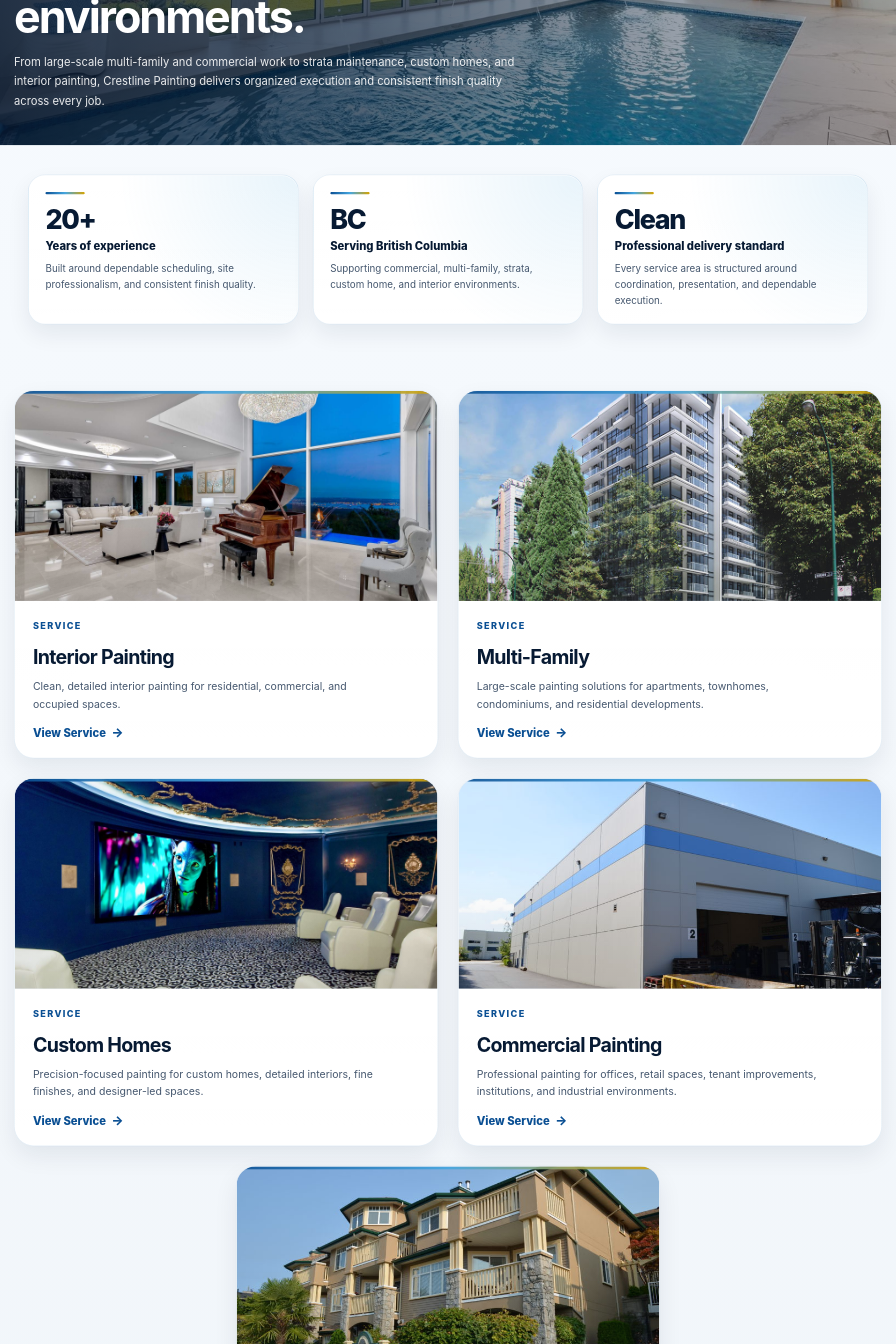
Repository: 300LBHACK3R/Crestline-Painting
Page: /services
An editor plug-in stored every save of this project. The page is shown before and after the next save, followed by the edit.
The browser window is 1280 px wide. The pictures show the part of the page from y = 458 to 2378 px (the page is 3866 px tall before and 3935 px after), at 70% of full size.
The project was rebuilt for these pictures with package versions that can differ from the ones it lists, and the page was loaded fresh each time. The framework's server and built-in components were replaced by stand-ins that run in the browser. Also part of the build but not shown: next.config.ts.

Above is the page before, as saved 2026-04-29 08:53:52.

### src/app/layout.tsx
import type { Metadata } from "next";
import "./globals.css";

export const metadata: Metadata = {
  metadataBase: new URL("https://crestlinepainting.ca"),

  title: {
    default: "Crestline Painting Ltd.",
    template: "%s | Crestline Painting Ltd.",
  },

  description:
    "Professional painting services across British Columbia for commercial, multi-family, strata, custom homes, and interior projects.",

  keywords: [
    "Painting Company BC",
    "Commercial Painting",
    "Strata Painting",
    "Custom Home Painting",
    "Interior Painting BC",
    "Exterior Painting British Columbia",
  ],

  openGraph: {
    title: "Crestline Painting Ltd.",
    description:
      "Professional painting services across British Columbia.",
    url: "https://crestlinepainting.ca",
    siteName: "Crestline Painting Ltd.",
    images: [
      {
        url: "/images/branding/logo.png",
        width: 1200,
        height: 630,
        alt: "Crestline Painting",
      },
    ],
    locale: "en_CA",
    type: "website",
  },

  twitter: {
    card: "summary_large_image",
    title: "Crestline Painting Ltd.",
    description:
      "Professional painting services across British Columbia.",
    images: ["/images/branding/logo.png"],
  },

  icons: {
    icon: "/favicon.ico",
  },
};

export default function RootLayout({
  children,
}: Readonly<{
  children: React.ReactNode;
}>) {
  return (
    <html lang="en">
      <body className="site-body">
        {children}
      </body>
    </html>
  );
}

### src/app/services/page.tsx
import SiteHeader from "@/components/layout/site-header";
import SiteFooter from "@/components/layout/site-footer";

import PageHero from "@/components/shared/page-hero";
import ServiceCardGrid from "@/components/shared/service-card-grid";
import HomeCta from "@/components/home/home-cta";
import ServicesProofStrip from "@/components/services/services-proof-strip";

export default function ServicesPage() {
  return (
    <>
      <SiteHeader light />

      <main className="services-page">

        <PageHero
          eyebrow="Services"
          title="Professional painting services built for real project environments."
          copy="From large-scale multi-family and commercial work to strata maintenance, custom homes, and interior painting, Crestline Painting delivers organized execution and consistent finish quality across every job."
          backgroundImage="/images/services/services-hero.jpg"
          backgroundPosition="center center"
          darkOverlay
        />

        {/* 🔥 PROOF STRIP (own section = cleaner hierarchy) */}
        <section className="section section--services-proof">
          <div className="container">
            <ServicesProofStrip />
          </div>
        </section>

        {/* 🔥 SERVICES GRID */}
        <section className="section section--services-main">
          <div className="container">
            <ServiceCardGrid />
          </div>
        </section>

        {/* 🔥 CTA (no extra container nesting) */}
        <section className="section section--services-cta">
          <HomeCta />
        </section>

      </main>

      <SiteFooter />
    </>
  );
}

### src/components/layout/site-header.tsx
"use client";

import Image from "next/image";
import Link from "next/link";
import { usePathname } from "next/navigation";

type SiteHeaderProps = {
  light?: boolean;
};

const NAV_ITEMS = [
  { href: "/", label: "Home" },
  { href: "/about", label: "About" },
  { href: "/services", label: "Services" },
  { href: "/projects", label: "Projects" },
  { href: "/contact", label: "Contact" },
];

function cn(...classes: Array<string | false | null | undefined>) {
  return classes.filter(Boolean).join(" ");
}

export default function SiteHeader({ light }: SiteHeaderProps) {
  const pathname = usePathname();

  const isLight = light ?? pathname !== "/";

  const isActive = (href: string) => {
    if (href === "/") return pathname === "/";
    return pathname === href || pathname.startsWith(`${href}/`);
  };

  const visibleNavItems =
    pathname === "/" ? NAV_ITEMS.filter((item) => item.href !== "/") : NAV_ITEMS;

  return (
    <header
      className={cn(
        "site-header",
        isLight && "site-header--light"
      )}
    >
      <div className="site-header__bar">

        {/* BRAND */}
        <Link
          href="/"
          className="site-header__brand"
          aria-label="Crestline Painting home"
        >
          <Image
            src="/images/branding/logo.png"
            alt="Crestline Painting logo"
            width={260}
            height={90}
            className="site-header__logo"
            priority={pathname === "/"}
          />
        </Link>

        {/* RIGHT SIDE */}
        <div className="site-header__right">

          {/* NAV */}
          <nav
            className="site-header__nav"
            aria-label="Primary navigation"
          >
            {visibleNavItems.map((item) => {
              const active = isActive(item.href);

              return (
                <Link
                  key={item.href}
                  href={item.href}
                  className={cn(
                    "site-header__link",
                    active && "site-header__link--active"
                  )}
                  aria-current={active ? "page" : undefined}
                >
                  {item.label}
                </Link>
              );
            })}
          </nav>

          {/* CTA */}
          <Link
            href="/contact"
            className="site-header__cta"
            aria-label="Request a quote"
          >
            Request a Quote
          </Link>

        </div>
      </div>
    </header>
  );
}

### src/components/layout/site-footer.tsx
import Link from "next/link";

export default function SiteFooter() {
  const year = new Date().getFullYear();

  return (
    <footer className="site-footer">
      <div className="container">
        <div className="site-footer__shell">

          <div className="site-footer__grid">

            {/* BRAND */}
            <div className="site-footer__brand-block">
              <img
                src="/images/branding/logo.png"
                alt="Crestline Painting logo"
                className="site-footer__logo"
                loading="lazy"
              />

              <p className="site-footer__copy">
                Crestline Painting Ltd. provides professional painting services across British Columbia
                for commercial, multi-family, strata, custom home, and interior projects.
              </p>
            </div>

            {/* NAV */}
            <nav
              className="site-footer__column"
              aria-label="Footer navigation"
            >
              <div className="site-footer__heading">Navigation</div>

              <div className="site-footer__links">
                <Link href="/">Home</Link>
                <Link href="/about">About</Link>
                <Link href="/services">Services</Link>
                <Link href="/projects">Projects</Link>
                <Link href="/contact">Contact</Link>
              </div>
            </nav>

            {/* CONTACT */}
            <div className="site-footer__column">
              <div className="site-footer__heading">Contact</div>

              <div className="site-footer__links">
                <a
                  href="mailto:info@crestlinepainting.ca"
                  aria-label="Email Crestline Painting"
                >
                  info@crestlinepainting.ca
                </a>

                <a
                  href="tel:+16042430328"
                  aria-label="Call Crestline Painting"
                >
                  (604) 243-0328
                </a>

                <span>British Columbia, Canada</span>
              </div>
            </div>

          </div>

          {/* BOTTOM */}
          <div className="site-footer__bottom">
            <span>
              © {year} Crestline Painting Ltd.
            </span>

            <span>
              Website by{" "}
              <a
                href="https://lltechsolutions.ca"
                target="_blank"
                rel="noopener noreferrer"
                className="site-footer__credit"
              >
                L&amp;L Tech Solutions
              </a>
            </span>
          </div>

        </div>
      </div>
    </footer>
  );
}

### src/components/shared/page-hero.tsx
type PageHeroProps = {
  eyebrow?: string;
  title: string;
  copy?: string;
  backgroundImage?: string;
  backgroundPosition?: string;
  darkOverlay?: boolean;
  align?: "left" | "center";
  compact?: boolean;
  className?: string;
};

export default function PageHero({
  eyebrow,
  title,
  copy,
  backgroundImage,
  backgroundPosition = "center center",
  darkOverlay = true,
  align = "left",
  compact = false,
  className = "",
}: PageHeroProps) {
  const hasImage = Boolean(backgroundImage);

  const classes = [
    "page-hero-base",
    hasImage ? "page-hero-base--with-image" : "page-hero-base--plain",
    hasImage && darkOverlay ? "page-hero-base--dark" : "",
    hasImage && !darkOverlay ? "page-hero-base--light" : "",
    align === "center" ? "page-hero-base--center" : "",
    compact ? "page-hero-base--compact" : "",
    className,
  ]
    .filter(Boolean)
    .join(" ");

  return (
    <section className={classes}>
      {hasImage ? (
        <>
          <div
            className="page-hero-base__bg"
            style={{
              backgroundImage: `url("${backgroundImage}")`,
              backgroundPosition,
            }}
            aria-hidden="true"
          />

          <div
            className={`page-hero-base__overlay ${
              darkOverlay
                ? "page-hero-base__overlay--dark"
                : "page-hero-base__overlay--light"
            }`}
            aria-hidden="true"
          />
        </>
      ) : null}

      <div className="page-hero-base__container">
        <div className="page-hero-base__content">
          {eyebrow ? (
            <span className="page-hero-base__eyebrow">{eyebrow}</span>
          ) : null}

          <h1 className="page-hero-base__title">{title}</h1>

          {copy ? <p className="page-hero-base__copy">{copy}</p> : null}
        </div>
      </div>
    </section>
  );
}

### src/components/shared/service-card-grid.tsx
import Image from "next/image";
import Link from "next/link";
import { services } from "@/data/services";

export default function ServiceCardGrid() {
  return (
    <div className="service-grid" aria-label="Crestline Painting services">
      {services.map((service) => (
        <Link
          key={service.slug}
          href={`/services/${service.slug}`}
          className="service-card"
          aria-label={`View ${service.title} service details`}
        >
          <article className="service-card__inner">
            <div className="service-card__media">
              <Image
                src={service.image}
                alt={`${service.title} by Crestline Painting`}
                className="service-card__image"
                fill
                sizes="(max-width: 860px) 100vw, 50vw"
              />

              <div className="service-card__overlay" aria-hidden="true" />
            </div>

            <div className="service-card__body">
              <div className="card__eyebrow">Service</div>

              <h3 className="service-card__title">{service.title}</h3>

              <p className="service-card__copy">{service.short}</p>

              <span className="service-card__link">
                View Service
                <span className="service-card__arrow" aria-hidden="true">
                  →
                </span>
              </span>
            </div>
          </article>
        </Link>
      ))}
    </div>
  );
}

### src/components/home/home-cta.tsx
import Link from "next/link";

export default function HomeCta() {
  return (
    <section className="section home-cta">
      <div className="container">
        <div className="cta-panel home-cta-panel">

          <div className="cta-panel__content">
            <span className="section-intro__eyebrow">
              Request a Quote
            </span>

            <h2 className="section-intro__title">
              Need a painting team that brings professionalism, coordination, and clean results?
            </h2>

            <p className="section-intro__copy">
              Crestline Painting works across British Columbia on commercial, multi-family, strata,
              custom home, and interior projects with a practical, organized approach built to deliver
              strong finishes and dependable execution.
            </p>
          </div>

          <div className="cta-panel__actions">
            <Link
              href="/contact"
              className="site-header__cta cta-panel__primary"
              aria-label="Request a quote from Crestline Painting"
            >
              Request a Quote
            </Link>

            <Link
              href="/projects"
              className="text-link"
              aria-label="View Crestline Painting project portfolio"
            >
              View Projects →
            </Link>
          </div>

        </div>
      </div>
    </section>
  );
}

### src/components/services/services-proof-strip.tsx
export default function ServicesProofStrip() {
  const items = [
    {
      value: "20+",
      label: "Years of experience",
      copy:
        "Built around dependable scheduling, site professionalism, and consistent finish quality.",
    },
    {
      value: "BC",
      label: "Serving British Columbia",
      copy:
        "Supporting commercial, multi-family, strata, custom home, and interior environments.",
    },
    {
      value: "Clean",
      label: "Professional delivery standard",
      copy:
        "Every service area is structured around coordination, presentation, and dependable execution.",
    },
  ];

  return (
    <section
      className="services-proof-strip"
      aria-label="Why clients choose Crestline"
    >
      <div className="container">
        <div className="services-proof-strip__grid">
          {items.map((item) => (
            <article
              key={item.label}
              className="services-proof-strip__card"
            >
              <div className="services-proof-strip__topline" />

              <div className="services-proof-strip__value">
                {item.value}
              </div>

              <h3 className="services-proof-strip__label">
                {item.label}
              </h3>

              <p className="services-proof-strip__copy">
                {item.copy}
              </p>
            </article>
          ))}
        </div>
      </div>
    </section>
  );
}

### src/data/services.ts
export type ServiceItem = {
  slug: string;
  title: string;
  short: string;
  intro: string;
  bullets: string[];
  image: string;
  detailImage: string;
  galleryImages: string[];
};

export const services = [
  {
    slug: "interior-painting",
    title: "Interior Painting",
    short:
      "Clean, detailed interior painting for residential, commercial, and occupied spaces.",
    intro:
      "Crestline Painting delivers interior painting with careful preparation, clean jobsite protection, and a professional finish built to elevate the space.",
    bullets: [
      "Walls, ceilings, doors, and trim",
      "Residential and commercial interiors",
      "Surface preparation, patching, and sanding",
      "Clean masking and jobsite protection",
      "Detailed finish work for polished interior spaces",
    ],
    image:
      "/images/services/Oxford-Properties-Remodel-ConstructionPainting-Exterior-Painting-Crestline-Painting.jpg",
    detailImage:
      "/images/services/Oxford-Properties-Remodel-ConstructionPainting-Exterior-Painting-Crestline-Painting.jpg",
    galleryImages: [
      "/images/services/Oxford-Properties-Remodel-ConstructionPainting-Exterior-Painting-Crestline-Painting.jpg",
      "/images/services/W42Residence-Custom-Interior-Crestline-Painting-Construction-Exterior-Painting.jpg",
    ],
  },

  {
    slug: "multi-family",
    title: "Multi-Family",
    short:
      "Large-scale painting solutions for apartments, townhomes, condominiums, and residential developments.",
    intro:
      "Crestline Painting supports multi-family developments with organized production, consistent finishes, and the coordination required for larger project environments.",
    bullets: [
      "Interior and exterior multi-family painting",
      "Apartment, condominium, and townhouse developments",
      "Common areas, corridors, parkades, and shared spaces",
      "Spray finishes and production coating workflows",
      "Drywall repair, surface preparation, and touch-up planning",
    ],
    image:
      "/images/services/Apartment-Kelowna-Painting-Building-ConstructionPainting-Crestline-Painting.jpg",
    detailImage:
      "/images/services/Apartment-Kelowna-Painting-Building-ConstructionPainting-Crestline-Painting.jpg",
    galleryImages: [
      "/images/services/Apartment-Kelowna-Painting-Building-ConstructionPainting-Crestline-Painting.jpg",
      "/images/services/Brick-Water-Village-Exterior-Interior-Custom-Paint-Job-Crestline-Painting.jpg",
    ],
  },

  {
    slug: "custom-homes",
    title: "Custom Homes",
    short:
      "Precision-focused painting for custom homes, detailed interiors, fine finishes, and designer-led spaces.",
    intro:
      "Custom homes require a higher level of care. Crestline Painting focuses on preparation, detail, and finish quality from the first surface through final walkthrough.",
    bullets: [
      "Fine finish spraying and hand-applied coatings",
      "Detailed trim, millwork, doors, and feature walls",
      "Specialty finishes and designer specifications",
      "Interior and exterior coatings for custom homes",
      "Meticulous preparation for refined final presentation",
    ],
    image:
      "/images/services/W42Residence-Custom-Interior-Crestline-Painting-Construction-Exterior-Painting.jpg",
    detailImage:
      "/images/services/W42Residence-Custom-Interior-Crestline-Painting-Construction-Exterior-Painting.jpg",
    galleryImages: [
      "/images/services/W42Residence-Custom-Interior-Crestline-Painting-Construction-Exterior-Painting.jpg",
    ],
  },

  {
    slug: "commercial-painting",
    title: "Commercial Painting",
    short:
      "Professional painting for offices, retail spaces, tenant improvements, institutions, and industrial environments.",
    intro:
      "Crestline Painting provides commercial painting with reliable scheduling, clean execution, and finish standards suited for professional environments.",
    bullets: [
      "Offices, retail spaces, and tenant improvements",
      "Warehouses, industrial buildings, and operational spaces",
      "Schools, education facilities, and institutional projects",
      "Hospitals, clinics, and medical environments",
      "Interior and exterior commercial repaints",
    ],
    image:
      "/images/services/South-Surrey-Commercial-Paint-Exterior-Painting-Crestline-Painting-Construction.jpg",
    detailImage:
      "/images/services/South-Surrey-Commercial-Paint-Exterior-Painting-Crestline-Painting-Construction.jpg",
    galleryImages: [
      "/images/services/South-Surrey-Commercial-Paint-Exterior-Painting-Crestline-Painting-Construction.jpg",
    ],
  },

  {
    slug: "strata-building-maintenance",
    title: "Strata & Building Maintenance",
    short:
      "Painting and maintenance support for strata properties, occupied buildings, and long-term asset presentation.",
    intro:
      "Crestline Painting helps strata properties and existing buildings maintain strong presentation through repainting, surface restoration, and planned maintenance support.",
    bullets: [
      "Exterior repaints and full building refreshes",
      "Strata painting and maintenance programs",
      "Envelope touch-ups and surface restoration",
      "Wood, metal, concrete, and exterior coating systems",
      "Pressure washing, preparation, and repaint planning",
    ],
    image:
      "/images/services/Vancouver-Painting-Crestline-Painting-Construction-Interior-Exterior-Strata.jpg",
    detailImage:
      "/images/services/Vancouver-Painting-Crestline-Painting-Construction-Interior-Exterior-Strata.jpg",
    galleryImages: [
      "/images/services/Vancouver-Painting-Crestline-Painting-Construction-Interior-Exterior-Strata.jpg",
    ],
  },
] as const satisfies ServiceItem[];

Loaded but not shown: src/app/globals.css (2478 lines, source omitted)

After the next save:
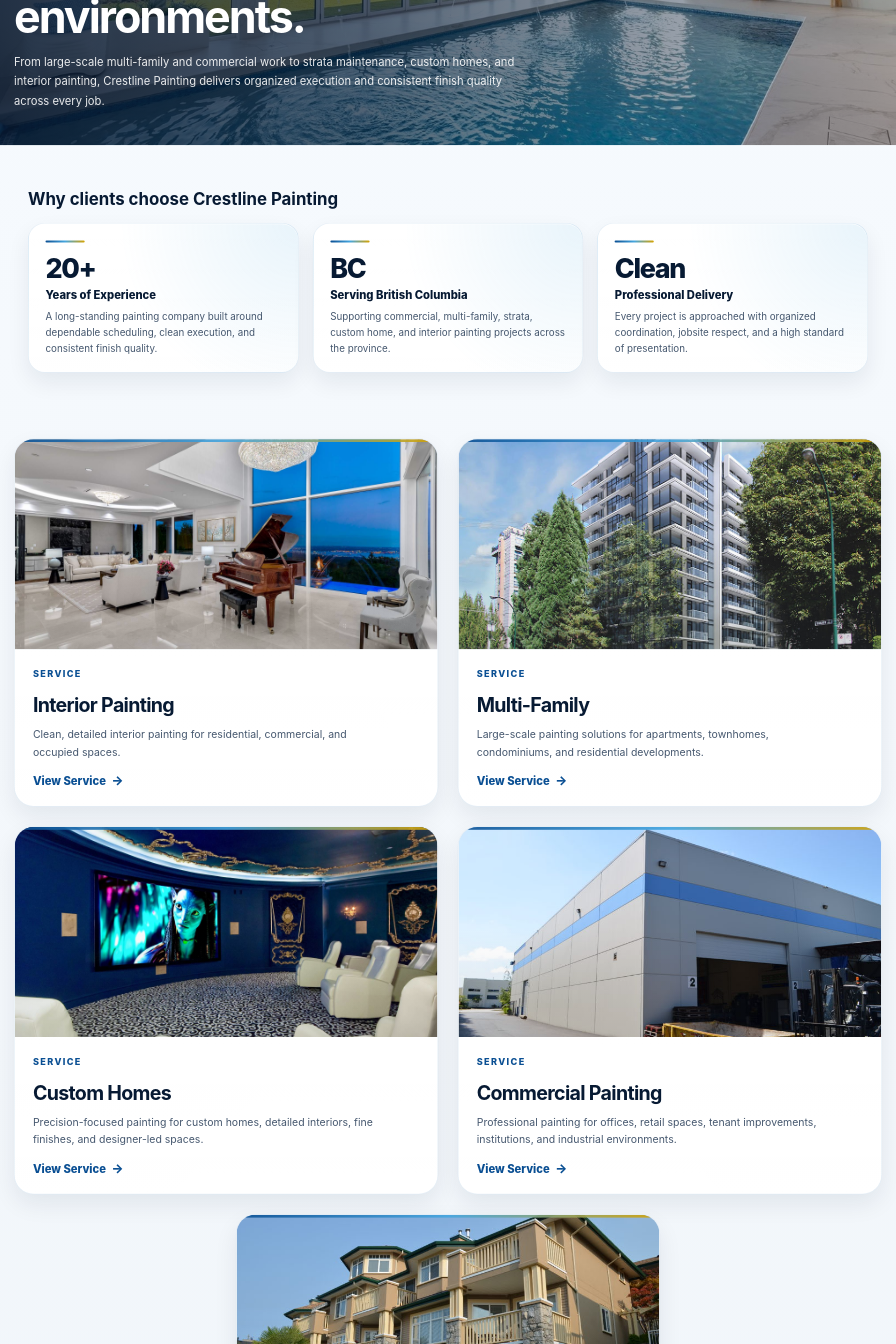
Saved 59 s later.
--- a/src/components/services/services-proof-strip.tsx
+++ b/src/components/services/services-proof-strip.tsx
@@ -1,42 +1,49 @@
+type ProofItem = {
+  value: string;
+  label: string;
+  copy: string;
+};
+
+const proofItems: ProofItem[] = [
+  {
+    value: "20+",
+    label: "Years of Experience",
+    copy:
+      "A long-standing painting company built around dependable scheduling, clean execution, and consistent finish quality.",
+  },
+  {
+    value: "BC",
+    label: "Serving British Columbia",
+    copy:
+      "Supporting commercial, multi-family, strata, custom home, and interior painting projects across the province.",
+  },
+  {
+    value: "Clean",
+    label: "Professional Delivery",
+    copy:
+      "Every project is approached with organized coordination, jobsite respect, and a high standard of presentation.",
+  },
+];
+
 export default function ServicesProofStrip() {
-  const items = [
-    {
-      value: "20+",
-      label: "Years of experience",
-      copy:
-        "Built around dependable scheduling, site professionalism, and consistent finish quality.",
-    },
-    {
-      value: "BC",
-      label: "Serving British Columbia",
-      copy:
-        "Supporting commercial, multi-family, strata, custom home, and interior environments.",
-    },
-    {
-      value: "Clean",
-      label: "Professional delivery standard",
-      copy:
-        "Every service area is structured around coordination, presentation, and dependable execution.",
-    },
-  ];
-
   return (
     <section
       className="services-proof-strip"
-      aria-label="Why clients choose Crestline"
+      aria-labelledby="services-proof-heading"
     >
       <div className="container">
+        <h2 id="services-proof-heading" className="sr-only">
+          Why clients choose Crestline Painting
+        </h2>
+
         <div className="services-proof-strip__grid">
-          {items.map((item) => (
-            <article
-              key={item.label}
-              className="services-proof-strip__card"
-            >
-              <div className="services-proof-strip__topline" />
+          {proofItems.map((item) => (
+            <article key={item.label} className="services-proof-strip__card">
+              <div className="services-proof-strip__topline" aria-hidden="true" />
 
-              <div className="services-proof-strip__value">
+              <strong className="services-proof-strip__value">
                 {item.value}
-              </div>
+              </strong>
 
               <h3 className="services-proof-strip__label">
                 {item.label}
